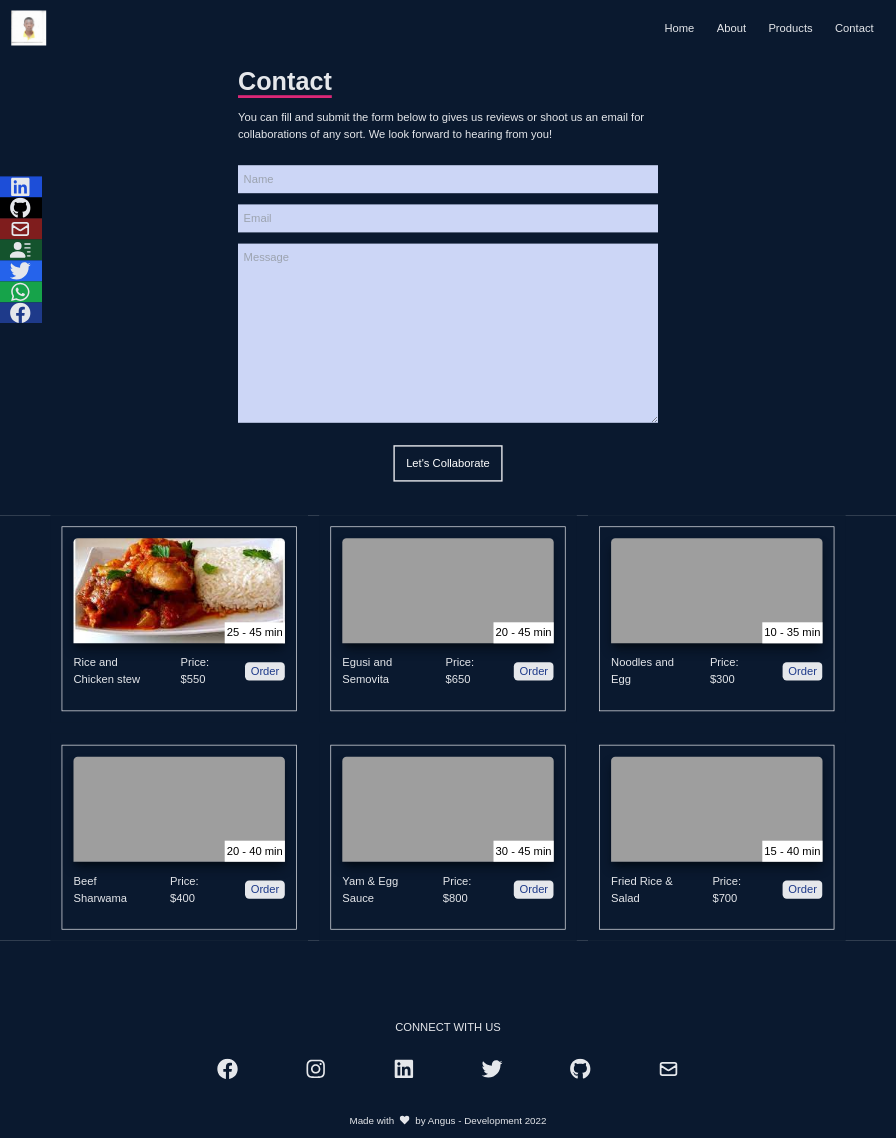
Repository: AngusOnyebuchi/Dashboard
Page: /contact
The author's editor kept a copy of each file at every save. The page is drawn from the files as they stood at one save, then again after the next save.
The browser window is 1280 px wide. The pictures show the whole page, at 70% of full size.
Pictures or frames that could not be fetched are drawn as grey boxes. The project was rebuilt for these pictures with package versions that can differ from the ones it lists, and the page was loaded fresh each time. Also part of the build but not shown: src/components/Home.js, src/components/About.js, src/components/Product.js.

Above is the page before, as saved 2022-04-23 22:56:20.

### public/index.html
<!DOCTYPE html>
<html lang="en">
  <head>
    <meta charset="utf-8" />
    <link rel="icon" href="%PUBLIC_URL%/favicon.ico" />
    <meta name="viewport" content="width=device-width, initial-scale=1" />
    <meta name="theme-color" content="#000000" />
    <meta
      name="description"
      content="Web site created using create-react-app"
    />
    <link rel="apple-touch-icon" href="%PUBLIC_URL%/logo192.png" />
    <!--
      manifest.json provides metadata used when your web app is installed on a
      user's mobile device or desktop. See https://developers.google.com/web/fundamentals/web-app-manifest/
    -->
    <link rel="manifest" href="%PUBLIC_URL%/manifest.json" />
    <!--
      Notice the use of %PUBLIC_URL% in the tags above.
      It will be replaced with the URL of the `public` folder during the build.
      Only files inside the `public` folder can be referenced from the HTML.

      Unlike "/favicon.ico" or "favicon.ico", "%PUBLIC_URL%/favicon.ico" will
      work correctly both with client-side routing and a non-root public URL.
      Learn how to configure a non-root public URL by running `npm run build`.
    -->
    <title>Angus Portfolio</title>
  </head>
  <body>
    <noscript>You need to enable JavaScript to run this app.</noscript>
    <div id="root"></div>
    <!--
      This HTML file is a template.
      If you open it directly in the browser, you will see an empty page.

      You can add webfonts, meta tags, or analytics to this file.
      The build step will place the bundled scripts into the <body> tag.

      To begin the development, run `npm start` or `yarn start`.
      To create a production bundle, use `npm run build` or `yarn build`.
    -->
  </body>
</html>

### src/index.js
import React from "react";
import ReactDOM from "react-dom";
import { BrowserRouter} from "react-router-dom"
import "./style.css"
import App from "./App";

ReactDOM.render(
            <BrowserRouter>
            <App/>
            </BrowserRouter>, document.getElementById("root"))

### src/style.css
@tailwind base;
@tailwind components;
@tailwind utilities;

@layer base {
    body{
        @apply font-[Sans-serif];
    }
    li {
        @apply px-4;
        @apply cursor-pointer;
    }
}

.content-div {
    background-repeat: no-repeat;
    background-size: cover;
    background-position: center;
    height: 150px;
}

.content-div:hover {
    background-image: linear-gradient(
        to right,
        rgba(112, 157, 255, 0.8),
        hsla(242, 74%, 61%, 0.8)
    )!important;
}

### src/App.js
import React, {useState} from "react";
import NavBar from "./components/NavBar"
import Home from "./components/Home"
import About from "./components/About"
import Product from "./components/Product";
import Products from "./components/Products"
import ProductsData from "./components/ProductsData";
import Contact from "./components/Contact";
import Footer from "./components/Footer";
import { Routes, Route } from "react-router-dom";

export default function App() {

  const [cards, setCards] = useState(ProductsData)

  const cardElements = cards.map(card => {
    return (
            <Products
              key= {card.id}
              image= {card.image}
              food= {card.food}
              price= {card.price}
              time= {card.time}
              time1= {card.time1}
              />
              )
  })

    return (
        <div>
          <NavBar/>
          <Routes>
            <Route path='/' element={<Home/>}/>
            <Route path='/about' element={<About/>}/>
            <Route path='/product' element={<Product/>}/>
            <Route path='/contact' element={<Contact/>}/>
          </Routes>
          <section className="md:px-10 bg-[#0a192f] ">
            <div className="grid sm:grid-cols-2 md:grid-cols-3 gap-4 px-8 ">
              {cardElements}
            </div>
          </section>
          <Footer/>
        </div>
    )
}

### src/components/NavBar.js
import React, {useState} from "react";
import {FaBars, FaTimes, FaGithub, FaFacebook, FaTwitter, FaWhatsapp, FaLinkedin} from "react-icons/fa"
import {HiOutlineMail} from "react-icons/hi"
import {BsFillPersonLinesFill} from "react-icons/bs"
import Logo from "../images/passport.jpg"
//import { Link } from "react-scroll/modules"; This line is removed cus We would use react-router instead of react-smooth-scroll


export default function NavBar() {

  const [nav, setNav] = useState(true)
  const handleClick = () => setNav(!nav)
  return(
    <div className="fixed w-full h-[80px] flex justify-between items-center px-4 bg-[#0a192f] text-gray-200">

       <div>
          <img src={Logo} alt="Logo Image" style={{width: "50px"}}/>
       </div>

         {/* Menu */}
         <ul className="hidden md:flex">
            <li className="hover:border-b-2 border-pink-600">
            <a href="/">Home</a>
            </li>
            <li className="hover:border-b-2 border-pink-600">
            <a href="/about">About</a>
            </li>
            <li className="hover:border-b-2 border-pink-600">
            <a href="/product">Products</a>
            </li>
            <li className="hover:border-b-2 border-pink-600">
            <a href="/contact">Contact</a>
            </li>
         </ul>

       {/* Hamburger */}
       <div onClick={handleClick} className="md:hidden z-10">
          {nav ? <FaBars/> : <FaTimes/>}
       </div>

       {/* Mobile menu*/}
       <ul className={nav ? "hidden" : "absolute top-0 left-0 w-full h-screen bg-inherit flex flex-col justify-center items-center md:hidden"}>
            <li className="py-6 text-4xl">
            <a href="/">Home</a>
            </li>
            <li className="py-6 text-4xl">
            <a href="/about">About</a>
            </li>
            <li className="py-6 text-4xl">
            <a href="/product">Products</a>
            </li>
            <li className="py-6 text-4xl">
            <a href="/contact">Contact</a>
            </li>
       </ul>

       {/**Social Icons */}
       <div className="hidden lg:flex fixed flex-col top-[35%] left-0">
         <ul>

           <li className="w-[160px] h-60px flex justify-between items-center ml-[-100px] hover:ml-[-10px] duration-300 bg-blue-700">
             <a className="flex justify-between items-center w-full text-gray-200 "
                href="https://linkedin.com/in/maduabuchi-angus-modum-715528194">
               LinkedIn <FaLinkedin size={30}/>
             </a>
           </li>

           <li className="w-[160px] h-60px flex justify-between items-center ml-[-100px] hover:ml-[-10px] duration-300 bg-black">
             <a className="flex justify-between items-center w-full text-gray-200 "
                href="https://github.com/AngusOnyebuchi">
               Github <FaGithub size={30}/>
             </a>
           </li>

           <li className="w-[160px] h-60px flex justify-between items-center ml-[-100px] hover:ml-[-10px] duration-300 bg-red-900">
             <a className="flex justify-between items-center w-full text-gray-200 "
                href="mailto:Angusonyebuchi800@gmail.com">
               Email <HiOutlineMail size={30}/>
             </a>
           </li>

           <li className="w-[160px] h-60px flex justify-between items-center ml-[-100px] hover:ml-[-10px] duration-300 bg-green-900">
             <a className="flex justify-between items-center w-full text-gray-200 "
                href="/">
               Resume <BsFillPersonLinesFill size={30}/>
             </a>
           </li>

           <li className="w-[160px] h-60px flex justify-between items-center ml-[-100px] hover:ml-[-10px] duration-300 bg-blue-600">
             <a className="flex justify-between items-center w-full text-gray-200 "
                href="https://twitter.com/AngusOnyebuchi">
               Twitter <FaTwitter size={30}/>
             </a>
           </li>

           <li className="w-[160px] h-60px flex justify-between items-center ml-[-100px] hover:ml-[-10px] duration-300 bg-green-600">
             <a className="flex justify-between items-center w-full text-gray-200 "
                href="/">
               Whatsapp <FaWhatsapp size={30}/>
             </a>
           </li>

           <li className="w-[160px] h-60px flex justify-between items-center ml-[-100px] hover:ml-[-10px] duration-300 bg-blue-900">
             <a className="flex justify-between items-center w-full text-gray-200 "
                href="https://facebook.com/profile.php?id=100008620207826">
               Facebook <FaFacebook size={30}/>
             </a>
           </li>

         </ul>
       </div>

    </div>
  )
}

### src/components/Products.js
import React from "react";

export default function Products(props) {

    return(
        <div className="w-full  text-gray-200 bg-[#0a192f] overflow-hidden">
            <div className="max-w-[1000px] mx-auto p-4 flex flex-col justify-center w-full h-full">


                {/** Container */}
                <div >
                    {/** Grid Item --Card 1 */}
                    <div className="border p-4 group">
                        <div style={{backgroundImage: `url(${props.image})`}}
                            className="relative shadow-lg shadow-[#040c16] group container rounded-t-md flex justify-center items-center mx-auto content-div">

                            <p className="absolute bg-white text-black top-[80%] right-0 p-[3px]">{props.time} - {props.time1} min</p>
                        </div>

                        <div className="flex items-center justify-left gap-8 py-4 overflow-hidden">
                            <h2>{props.food}</h2>
                            <h3>Price: ${props.price}</h3>
                            <button className="bg-gray-200 text-blue-900 px-2 py-[1px] rounded-md">Order</button>
                        </div>
                    </div>

                </div>


            </div>
        </div>
    )
}

### src/components/ProductsData.js

export default [
    {
        id: 1,
        image: "data:[embedded picture, 10567 characters]",
        food: "Rice and Chicken stew",
        price: 550,
        time: 25,
        time1: 45
},
{
    id: 2,
    image: "https://umscope.com/wp-content/uploads/2021/04/SEMO.jpg",
    food: "Egusi and Semovita",
    price: 650,
    time: 20,
    time1: 45
},
{
    id: 3,
    image: "https://allnigerianfoods.com/wp-content/uploads/indomie-noodles.jpg",
    food: "Noodles and Egg",
    price: 300,
    time: 10,
    time1: 35
},
{
    id: 4,
    image: "https://www.masala.tv/wp-content/uploads/2021/06/Beef-Shawarmaa.jpg",
    food: "Beef Sharwama",
    price: 400,
    time: 20,
    time1: 40
},
{
    id: 5,
    image: "https://allnigerianfoods.com/wp-content/uploads/egg-sauce-500x450.png",
    food: "Yam & Egg Sauce",
    price: 800,
    time: 30,
    time1: 45
},
{
    id: 6,
    image: "https://allnigerianfoods.com/wp-content/uploads/fried_rice_recipe.jpg",
    food: "Fried Rice & Salad",
    price: 700,
    time: 15,
    time1: 40
}
]

### src/components/Contact.js
import React from "react";

export default function Contact() {
    return(
        <section>
        <div name="contact" className="w-full bg-[#0a192f] flex justify-center items-center p-4">
            <form method="POST" action="https://getform.io/f/fe45028b-14d7-4641-8e48-4acf76466533" className="flex flex-col max-w-[600px] w-full">
                <div className="pb-8 mt-12 pt-8">
                    <p className="text-4xl font-bold inline border-b-4 border-pink-600 text-gray-200">Contact</p>
                    <p className="text-gray-200 pt-5">You can fill and submit the form below to gives us reviews or shoot us an email for collaborations of any sort. We look forward to hearing from you!</p>
                </div>
                <input type="text" placeholder="Name" name="name" className="p-2 bg-[#ccd6f6]"/>
                <input type="email" placeholder="Email" name="email" className="my-4 p-2 bg-[#ccd6f6]"/>
                <textarea name="message" rows="10" placeholder="Message" className="bg-[#ccd6f6] p-2"></textarea>
                <button className="text-white border-2 hover:bg-pink-600 hover:border-pink-600 px-4 py-3 my-8 mx-auto flex items-center">Let's Collaborate</button>
            </form>
        </div>
        </section>
    )
}

### src/components/Footer.js
import React from 'react'
import {FaHeart, FaTwitter, FaLinkedin, FaInstagram, FaFacebook, FaWhatsapp, FaGithub} from "react-icons/fa"
import {HiOutlineMail} from "react-icons/hi"

function Footer() {
  return (
    <div className='w-full bg-[#0a192f] text-gray-200'>

      <div className='flex justify-center pt-28'>
        <h2 className='uppercase'>Connect with us </h2>
      </div>

      <div className='flex justify-center gap-8 md:gap-24 mt-8 mb-12'>
        <a href="https://facebook.com/profile.php?id=100008620207826">
        <FaFacebook size={30} className="cursor-pointer"/>
        </a>
        <a href="https://instagram.com/angus_buchi">
        <FaInstagram size={30} className="cursor-pointer"/>
        </a>
        <a href="https://linkedin.com/in/maduabuchi-angus-modum-715528194">
        <FaLinkedin size={30} className="cursor-pointer"/>
        </a>
        <a href="https://twitter.com/AngusOnyebuchi">
        <FaTwitter size={30} className="cursor-pointer"/>
        </a>
        <a href="https://github.com/AngusOnyebuchi">
        <FaGithub size={30} className="cursor-pointer"/>
        </a>
        <a href="mailto:angusonyebuchi800@gmail.com">
        <HiOutlineMail size={30} className="cursor-pointer"/>
        </a>
      </div>

      <div className='flex items-center justify-center gap-2 text-sm pb-4'>
        <h4>Made with</h4> <FaHeart/> <h4>by Angus - Development 2022</h4>
      </div>
    </div>
  )
}

export default Footer

Loaded but not shown: tailwind.config.js (common file)

After the next save:
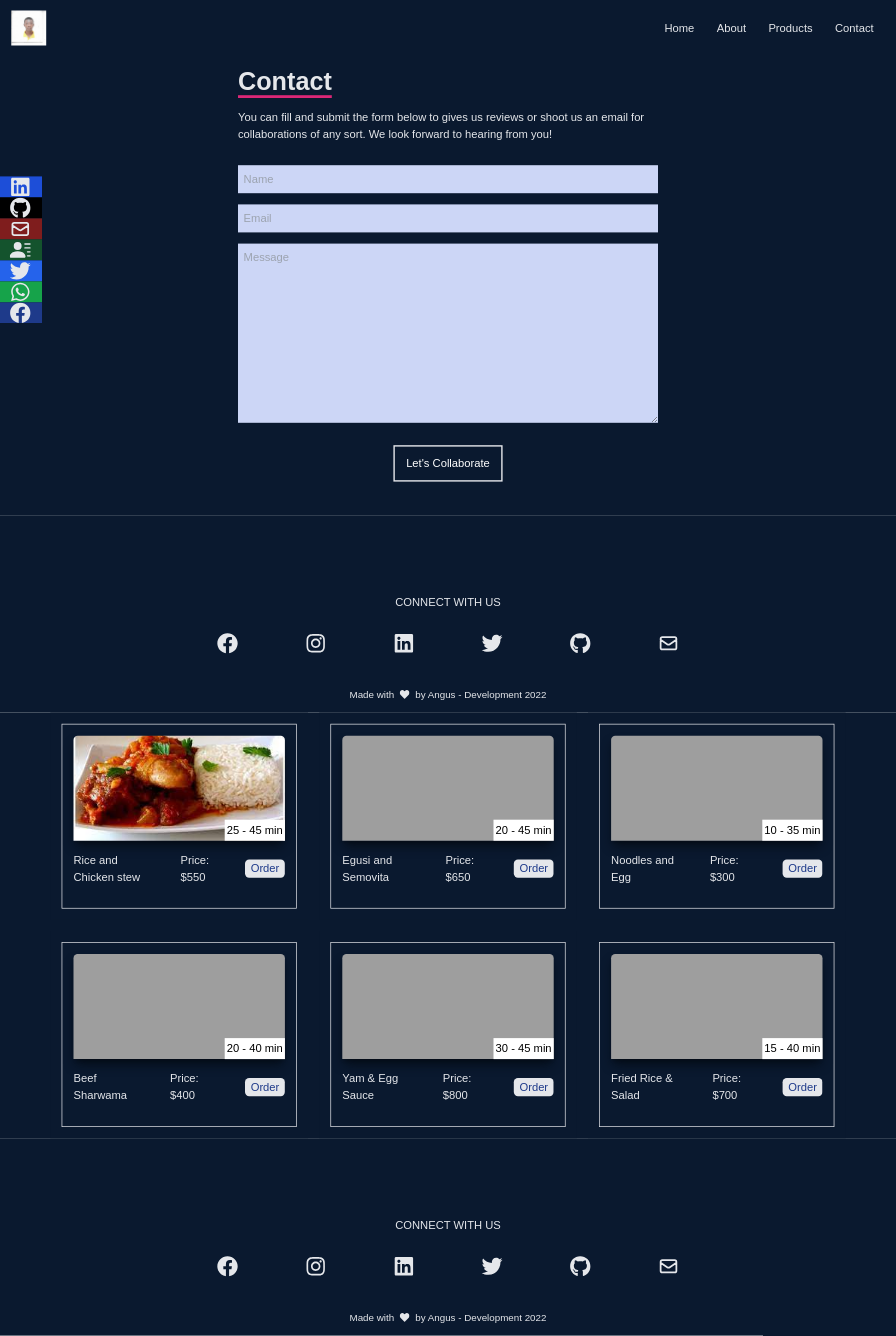
Saved 3 min 57 s later.
--- a/src/components/Contact.js
+++ b/src/components/Contact.js
@@ -1,8 +1,11 @@
 import React from "react";
+import {FaHeart, FaTwitter, FaLinkedin, FaInstagram, FaFacebook, FaWhatsapp, FaGithub} from "react-icons/fa"
+import {HiOutlineMail} from "react-icons/hi"
 
 export default function Contact() {
     return(
         <section>
+            {/** Contact / Form Section */}
         <div name="contact" className="w-full bg-[#0a192f] flex justify-center items-center p-4">
             <form method="POST" action="https://getform.io/f/fe45028b-14d7-4641-8e48-4acf76466533" className="flex flex-col max-w-[600px] w-full">
                 <div className="pb-8 mt-12 pt-8">
@@ -15,6 +18,42 @@ export default function Contact() {
                 <button className="text-white border-2 hover:bg-pink-600 hover:border-pink-600 px-4 py-3 my-8 mx-auto flex items-center">Let's Collaborate</button>
             </form>
         </div>
+
+
+        {/** Footer Section */}
+        <div className='w-full bg-[#0a192f] text-gray-200'>
+
+      <div className='flex justify-center pt-28'>
+        <h2 className='uppercase'>Connect with us </h2>
+      </div>
+
+      <div className='flex justify-center gap-8 md:gap-24 mt-8 mb-12'>
+        <a href="https://facebook.com/profile.php?id=100008620207826">
+        <FaFacebook size={30} className="cursor-pointer"/>
+        </a>
+        <a href="https://instagram.com/angus_buchi">
+        <FaInstagram size={30} className="cursor-pointer"/>
+        </a>
+        <a href="https://linkedin.com/in/maduabuchi-angus-modum-715528194">
+        <FaLinkedin size={30} className="cursor-pointer"/>
+        </a>
+        <a href="https://twitter.com/AngusOnyebuchi">
+        <FaTwitter size={30} className="cursor-pointer"/>
+        </a>
+        <a href="https://github.com/AngusOnyebuchi">
+        <FaGithub size={30} className="cursor-pointer"/>
+        </a>
+        <a href="mailto:angusonyebuchi800@gmail.com">
+        <HiOutlineMail size={30} className="cursor-pointer"/>
+        </a>
+      </div>
+
+      <div className='flex items-center justify-center gap-2 text-sm pb-4'>
+        <h4>Made with</h4> <FaHeart/> <h4>by Angus - Development 2022</h4>
+      </div>
+    </div>
+
+
         </section>
     )
 }
